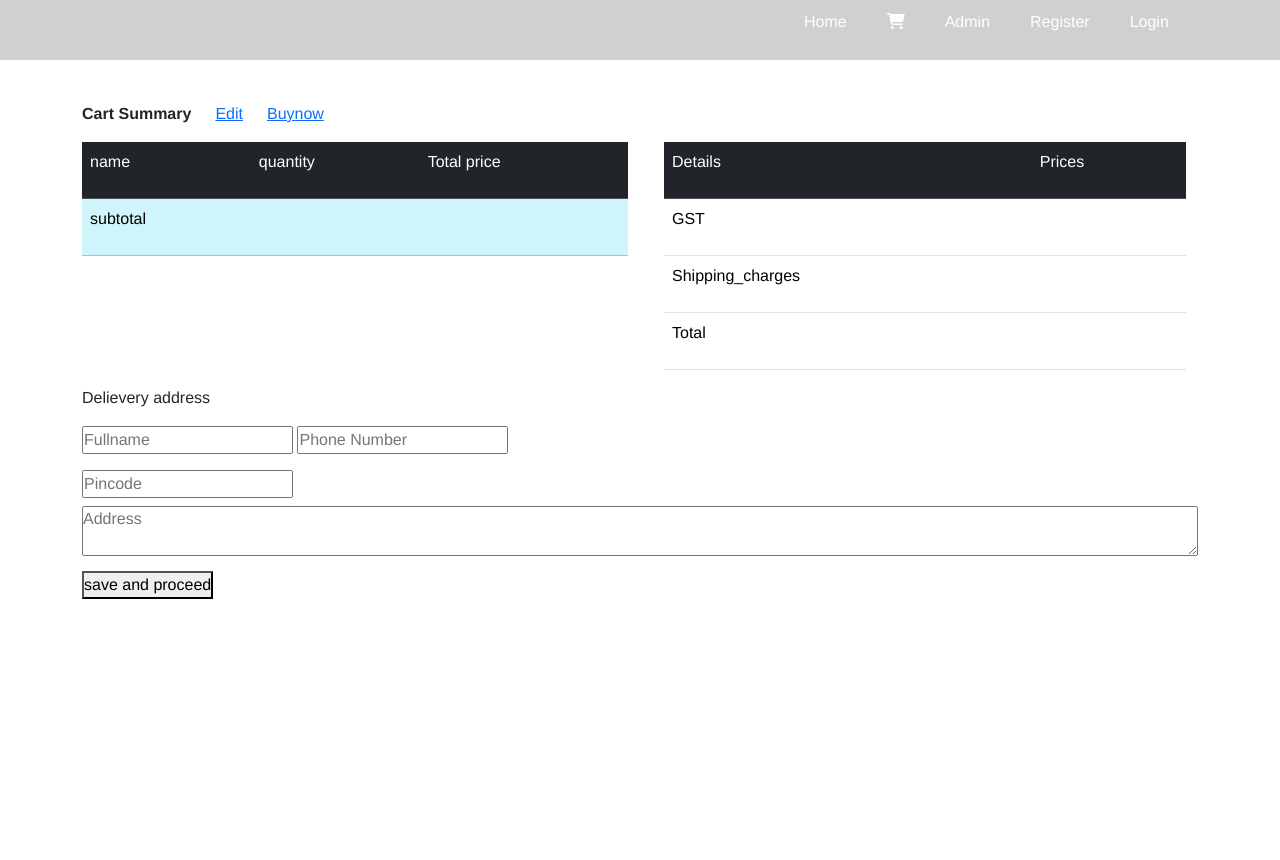
Repository: nagarjunau-dev/Brand
Page: project/login/templates/checkout.html
An editor plug-in stored every save of this project. The page is shown before and after a run of saves, followed by the edit.
The browser window is 1280 px wide. The pictures show the whole page.
The template is drawn by Django 5.2. The application's start-up code is not run. The template is opened directly, without the code that normally fills it, so the values that code supplies are empty.

Above is the page before, as saved 2025-06-17 16:40:07.
Console error: TypeError: Cannot set properties of null (setting 'onclick')

After the next 2 saves:
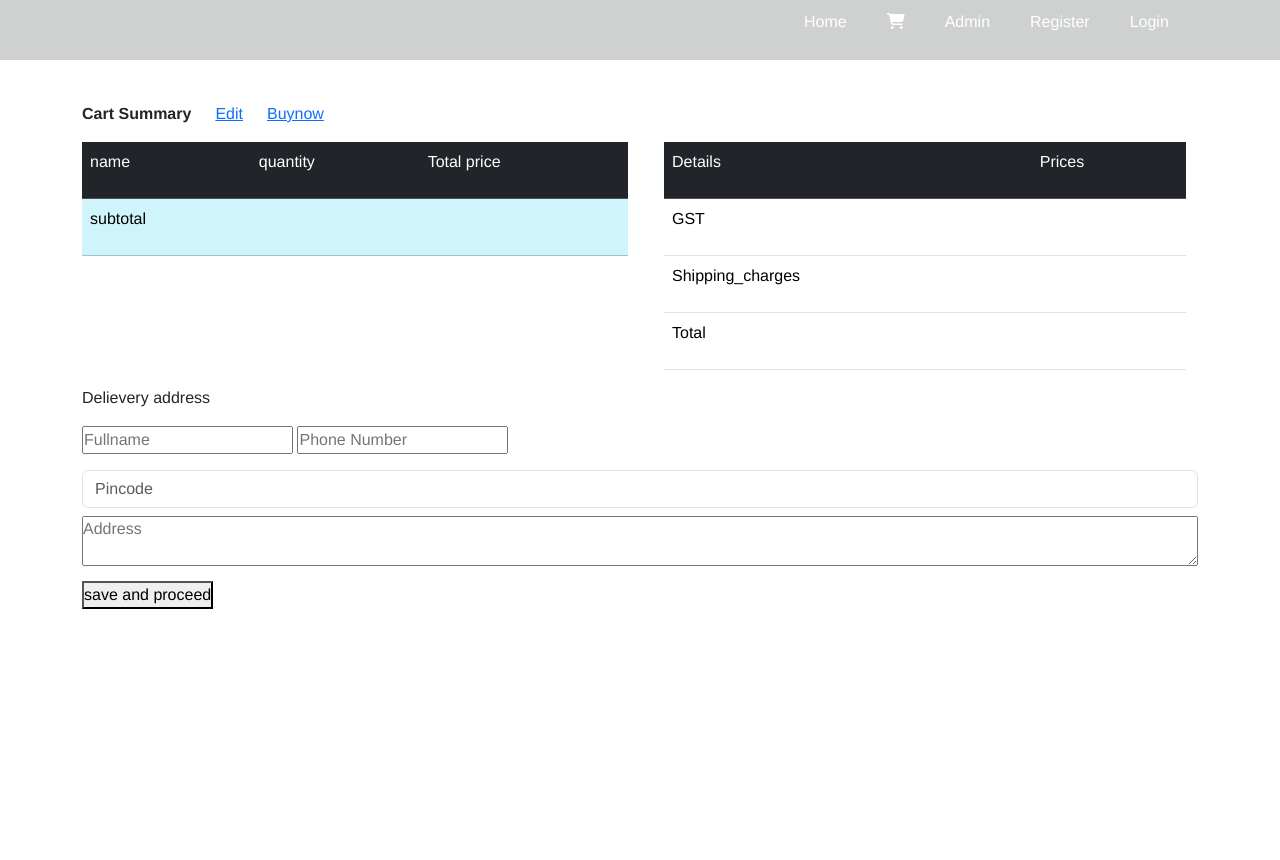
The 2 saves are shown as one change because they came seconds apart.
The last was saved 7 s later.
--- a/project/login/templates/checkout.html
+++ b/project/login/templates/checkout.html
@@ -66,7 +66,7 @@
                     <input type="tel" pattern="[6-9] {1} [0-9] {9}"placeholder="Phone Number" name="number">
                 </div>
                 <div class="mb-2">
-                    <input type="pin" placeholder="Pincode" name="pincode">
+                    <input class="form-control" type="pin" placeholder="Pincode" name="pincode">
                 </div>
                 <div class="mb-2" style="width:100%">
                     <textarea style="width:100%" name="address" placeholder="Address"></textarea>

After the save that followed:
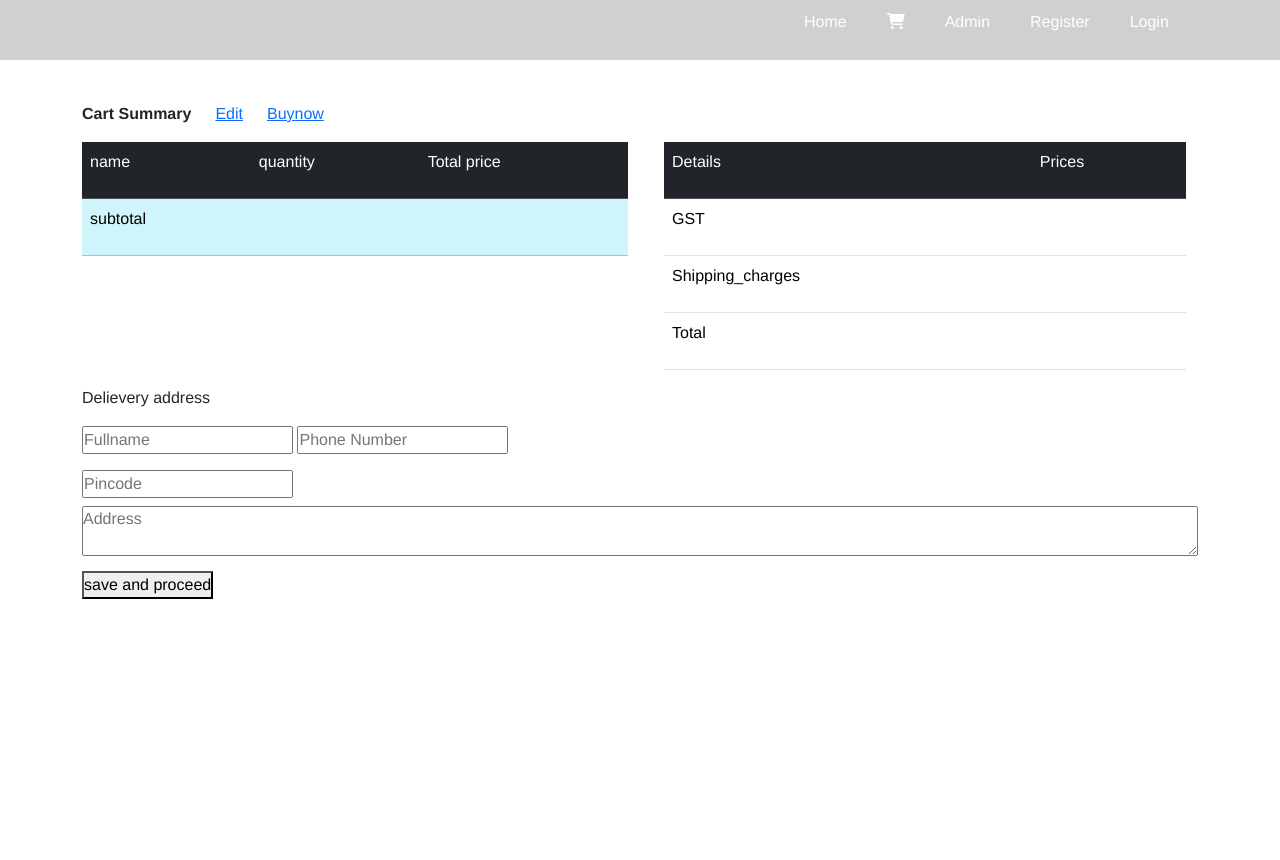
Saved 32 s later.
--- a/project/login/templates/checkout.html
+++ b/project/login/templates/checkout.html
@@ -66,7 +66,7 @@
                     <input type="tel" pattern="[6-9] {1} [0-9] {9}"placeholder="Phone Number" name="number">
                 </div>
                 <div class="mb-2">
-                    <input class="form-control" type="pin" placeholder="Pincode" name="pincode">
+                    <input type="pin" placeholder="Pincode" name="pincode">
                 </div>
                 <div class="mb-2" style="width:100%">
                     <textarea style="width:100%" name="address" placeholder="Address"></textarea>
